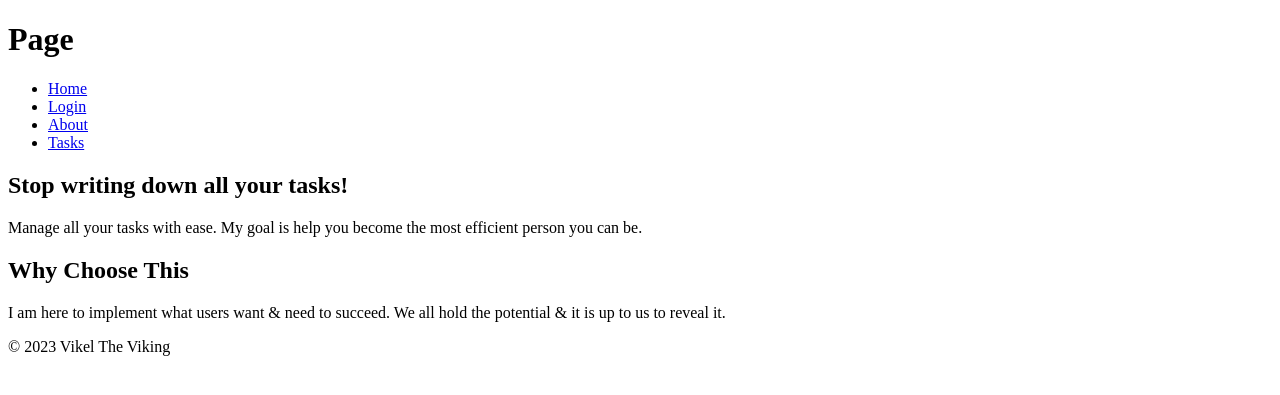
Repository: Bigpunishah/Task-Management
Page: Task-Management/taskmanagement/src/main/resources/templates/index.html
These files come from the project's save history. The page is drawn as it stood at one moment and after the next save; the edit follows.
The browser window is 1280 px wide. The pictures show the whole page.

Above is the page before, as saved 2023-10-01 15:28:29.
Console error: TypeError: Cannot read properties of null (reading 'addEventListener')

### Task-Management/taskmanagement/src/main/resources/templates/index.html

<!-- Index is home page & anything other than that can be ref with <a href="#"> -->
    <!DOCTYPE html>
    <html lang="en">
    <head>
        <meta charset="UTF-8">
        <meta name="viewport" content="width=device-width, initial-scale=1.0">
        <title>Task Management HomePage</title>
        <!-- Include your CSS stylesheets, meta tags, or other head content here -->
    </head>
    <body>
        <header>
            <h1>Page</h1>
            <nav>
                <ul>
                    <li><a href="index.html">Home</a></li>
                    <li><a href="login.html">Login</a></li>
                    <li><a href="about.html">About</a></li>
                    <li><a href="task.html">Tasks</a></li>
                </ul>
            </nav>
        </header>

        <main>
            <section>
                <h2>Stop writing down all your tasks!</h2>
                <p>Manage all your tasks with ease. My goal is help you become the most efficient person you can be. </p>
            </section>

            <section>
                <h2>Why Choose This</h2>
                <p>I am here to implement what users want & need to succeed. We all hold the potential & it is up to us to reveal it.</p>
            </section>
        </main>

        <footer>
            <p>&copy; 2023 Vikel The Viking</p>
        </footer>

        <!-- Include your JavaScript files just before the closing </body> tag -->
        <script src="js/index.js"></script>
    </body>
    </html>

### Task-Management/taskmanagement/src/main/resources/static/js/index.js
// your-script.js

// Wait for the DOM to be fully loaded before executing JavaScript
document.addEventListener("DOMContentLoaded", function () {
    // Get references to the navigation links
    const homeLink = document.querySelector("a[href='index.html']");
    const loginLink = document.querySelector("a[href='/login']");
    const aboutLink = document.querySelector("a[href='about.html']");
    const tasksLink = document.querySelector("a[href='task.html']");

    // Handle click events for navigation links
    homeLink.addEventListener("click", function (e) {
        e.preventDefault(); // Prevent the default link behavior
        // Redirect to the home page (index.html)
        window.location.href = "index.html";
    });

    loginLink.addEventListener("click", function (e) {
        e.preventDefault();
        // Redirect to the login page (login.html)
        window.location.href = "login.html";
    });

    aboutLink.addEventListener("click", function (e) {
        e.preventDefault();
        // Redirect to the about page (about.html)
        window.location.href = "about.html";
    });

    tasksLink.addEventListener("click", function (e) {
        e.preventDefault();
        // Redirect to the tasks page (task.html)
        window.location.href = "task.html";
    });
});

After the next save:
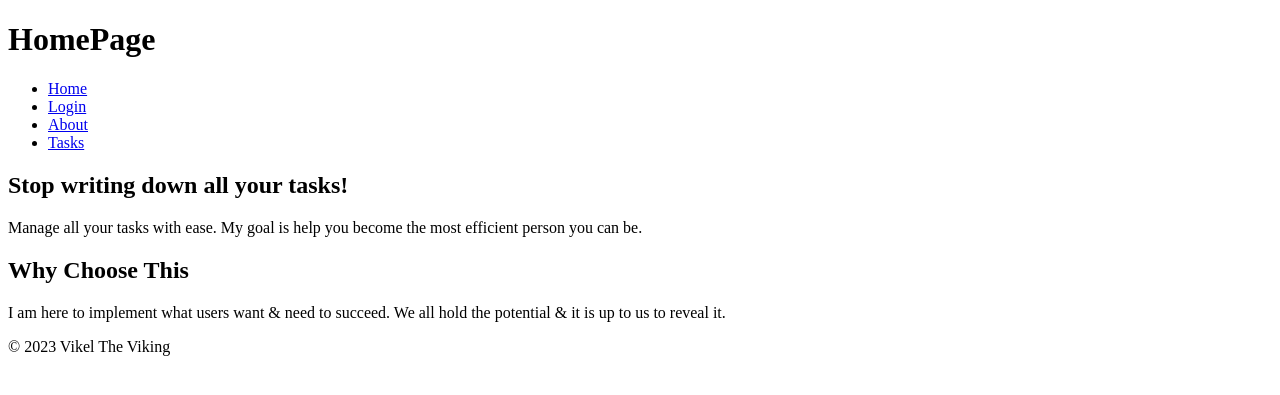
The error is gone.
Saved 1 s later.
--- a/Task-Management/taskmanagement/src/main/resources/templates/index.html
+++ b/Task-Management/taskmanagement/src/main/resources/templates/index.html
@@ -10,11 +10,12 @@
     </head>
     <body>
         <header>
-            <h1>Page</h1>
+            <h1>HomePage</h1>
             <nav>
                 <ul>
                     <li><a href="index.html">Home</a></li>
-                    <li><a href="login.html">Login</a></li>
+                    <li><a href="/login">Login</a></li>
+                    <!-- <li><a href="login.html">Login</a></li> -->
                     <li><a href="about.html">About</a></li>
                     <li><a href="task.html">Tasks</a></li>
                 </ul>
